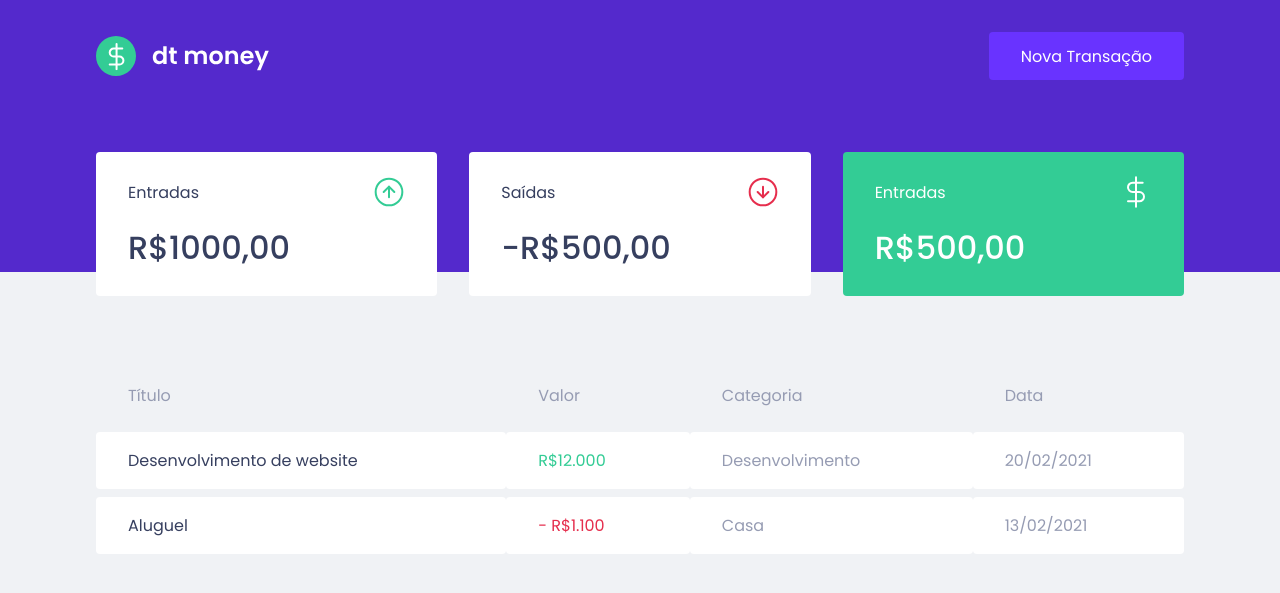
Repository: FreitasGabriel/dtmoney
Page: /
These files come from the project's save history. The page is drawn as it stood at one moment and after the next save; the edit follows.
The browser window is 1280 px wide. The pictures show the whole page.
The page's requests for data from a server got no answer. The project was rebuilt for these pictures with package versions that can differ from the ones it lists, and the page was loaded fresh each time. No one was signed in, and anything a server would have sent is missing.

Above is the page before, as saved 2021-03-17 20:28:31.

### public/index.html
<!DOCTYPE html>
<html lang="en">

<head>
    <link rel="preconnect" href="https://fonts.gstatic.com">
    <meta charset="UTF-8">
    <meta name="viewport" content="width=device-width, initial-scale=1.0">
    <link rel="shortcut icon" href="favicon.png" type="image/png">
    <link href="https://fonts.googleapis.com/css2?family=Poppins:wght@400;500;600&display=swap" rel="stylesheet">
    <title>DT Money</title>
</head>

<body>
    <div id="root"></div>
</body>

</html>

### src/index.tsx
import React from 'react';
import ReactDOM from 'react-dom';
import { createServer, Model } from 'miragejs'
import App from './App';

createServer({

  models: {
    transaction: Model,
  },

  seeds(server) {
    server.db.loadData({
      transactions: [{
        id: 1,
        title: 'Freelance de website',
        type: 'deposit',
        category: 'dev',
        amount: 6000,
        createdAt: new Date('2021-02-12 09:00:00')
      }, {
        id: 2,
        title: 'Aluguel',
        type: 'withdraw',
        category: 'casa',
        amount: 1000,
        createdAt: new Date('2021-02-14 09:00:00')
      }],
    })
  },

  routes() {
    this.namespace = 'api'

    this.get('/transactions', () => {
      return this.schema.all('transaction')
    })

    this.post('/transactions', (schema, request) => {
      const data = JSON.parse(request.requestBody)

      return schema.create('transaction', data)
    })
  }
})

ReactDOM.render(
  <React.StrictMode>
    <App />
  </React.StrictMode>,
  document.getElementById('root')
);

### src/App.tsx
import { useState } from 'react';
import Modal from 'react-modal';
import { Dashboard } from "./components/Dashboard";
import { Header } from "./components/Header";
import { NewTransactionModal } from './components/NewTransactionModal';
import { GlobalStyle } from "./styles/global"

Modal.setAppElement('#root')

export default function App() {

  const [isNewTransactionModalOpen, setIsNewTransactionModalOpen] = useState(false)

  function handleOpenNewTransactionModal() {
    setIsNewTransactionModalOpen(true)
  }

  function handleCloseNewTransactionModal() {
    setIsNewTransactionModalOpen(false)
  }

  return (
    <>
      <Header onOpenNewTransactionModal={handleOpenNewTransactionModal} />
      <Dashboard />
      <NewTransactionModal
        isOpen={isNewTransactionModalOpen}
        onRequestClose={handleCloseNewTransactionModal}
      />
      <GlobalStyle />
    </>
  );
}

### src/components/Dashboard/index.tsx
import { Summary } from '../Summary'
import { TransactionsTable } from '../TransactionsTable'
import { Container } from './styles'

export function Dashboard() {
    return (
        <Container>
            <Summary />
            <TransactionsTable />
        </Container>
    )
}

### src/components/Header/index.tsx
import logoImg from "../../assets/logo.svg"
import { Container, Content } from "./styles"

interface HeaderProps {
    onOpenNewTransactionModal: () => void
}

export function Header({ onOpenNewTransactionModal }: HeaderProps) {


    return (
        <Container>
            <Content>
                <img src={logoImg} alt="dt money" />
                <button type="button" onClick={onOpenNewTransactionModal}>
                    Nova Transação
                </button>


            </Content>
        </Container>
    )
}

### src/components/NewTransactionModal/index.tsx
import { useState, FormEvent } from 'react'
import Modal from 'react-modal'
import closeImg from '../../assets/close.svg';
import incomeImg from '../../assets/income.svg';
import outcomeImg from '../../assets/outcome.svg';
import { api } from '../../services/api';
import { Container, TransactionTypeContainer, RadioBox } from "./styles";

interface NewTransactionModalProps {
    isOpen: boolean;
    onRequestClose: () => void;
}

export function NewTransactionModal({ isOpen, onRequestClose }: NewTransactionModalProps) {

    const [title, setTitle] = useState('');
    const [value, setValue] = useState(0);
    const [category, setCategory] = useState('');
    const [type, setType] = useState('deposit')

    function handleCreateNewTransaction(e: FormEvent) {
        e.preventDefault()

        const data = {
            title, value, category, type
        }

        api.post('/transactions', data)
    }

    return (
        <Modal
            isOpen={isOpen}
            onRequestClose={onRequestClose}
            overlayClassName="react-modal-overlay"
            className="react-modal-content"
        >
            <button
                className="react-modal-close"
                type="button"
                onClick={onRequestClose}
            >
                <img src={closeImg} alt="Fechar modal" />
            </button>

            <Container onSubmit={handleCreateNewTransaction}>
                <h2>Cadastrar Transação</h2>

                <input
                    placeholder="Título"
                    value={title}
                    onChange={e => setTitle(e.target.value)}
                />
                <input
                    type="number"
                    placeholder="Valor"
                    value={value}
                    onChange={e => setValue(Number(e.target.value))}
                />

                <TransactionTypeContainer>
                    <RadioBox
                        type="button"
                        onClick={() => setType('deposit')}
                        isActive={type === 'deposit'}
                        activeColor="green"
                    >
                        <img src={incomeImg} alt="Entrada" />
                        <span>Entrada</span>
                    </RadioBox>

                    <RadioBox
                        type="button"
                        onClick={() => setType('withdraw')}
                        isActive={type === 'withdraw'}
                        activeColor="red"
                    >
                        <img src={outcomeImg} alt="Saída" />
                        <span>Saída</span>
                    </RadioBox>
                </TransactionTypeContainer>

                <input
                    placeholder="Categoria"
                    value={category}
                    onChange={e => setCategory(e.target.value)}
                />
                <button type="submit">
                    Cadastrar
                </button>
            </Container>
        </Modal>
    )
}

### src/styles/global.ts
import { createGlobalStyle } from 'styled-components'

export const GlobalStyle = createGlobalStyle`

    :root {
        --background: #F0F2F5;
        --shape: #FFFFFF;

        --red: #E52E4D;
        --green: #33CC95;
        --blue: #5429CC;

        --blue-light: #6933FF;
        --text-title: #363F5F;
        --text-body: #969CB3;

    }

    * {
        margin: 0;
        padding: 0;
        box-sizing: border-box;
    }

    //font-size: 16px - padrão(Desktop)
    html {
        @media(max-width: 1080px){
            font-size: 93.75%; // Vai fazer com que o font-size tenha 15px
        }

        @media(max-width: 720px){
            font-size: 87.5%; // Vai fazer com que o font-size tenha 14px
        }
    }

    // REM = 1rem = font-size padrão da página.

    body {
        background: var(--background);
        -webkit-font-smoothing: antialiased;
    }

    body, input, textarea, button {
        font-family: 'Poppins', sans-serif;
        font-weight: 400;
    }

    h1, h2, h3, h4, h5, h6, strong{
        font-weight: 600;
    }

    button {
        cursor: pointer;
    }

    [disabled] {
        opacity: 0.6;
        cursor: not-allowed;
    }

    .react-modal-overlay{
        background: rgba(0, 0, 0, 0.5);

        position: fixed;
        top: 0;
        bottom: 0;
        left: 0;
        right: 0;

        display: flex;
        align-items: center;
        justify-content: center;
    }
    .react-modal-content{
        width: 100%;
        max-width: 576px;
        background: var(--background);
        padding: 3rem;
        position: relative;
        border-radius: 0.25rem;

    }

    .react-modal-close{
        position: absolute;
        right: 1.5rem;
        top: 1.5rem;
        border: 0;
        background: transparent;

        transition: 0.2s;

        &:hover{
            filter: brightness(0.8);
        }
    }
;

`

### src/components/Summary/index.tsx
import incomeImg from '../../assets/income.svg'
import outcomeImg from '../../assets/outcome.svg'
import totalImg from '../../assets/total.svg'

import { Container } from './styles'

export function Summary() {
    return (
        <Container>
            <div>
                <header>
                    <p>Entradas</p>
                    <img src={incomeImg} alt="Entradas" />
                </header>
                <strong>R$1000,00</strong>
            </div>
            <div>
                <header>
                    <p>Saídas</p>
                    <img src={outcomeImg} alt="Saídas" />
                </header>
                <strong>-R$500,00</strong>
            </div>
            <div className="highlight-background">
                <header>
                    <p>Entradas</p>
                    <img src={totalImg} alt="Total" />
                </header>
                <strong>R$500,00</strong>
            </div>
        </Container>
    )
}

### src/components/TransactionsTable/index.tsx
import { useEffect, useState } from "react";
import { api } from "../../services/api";
import { Container } from "./styles";

export function TransactionsTable() {

    const [transactions, setTransactions] = useState([])

    useEffect(() => {
        api.get('/transactions')
            .then(response => setTransactions(response.data))
    }, [])

    return (
        <Container>
            <table>
                <thead>
                    <tr>
                        <th>Título</th>
                        <th>Valor</th>
                        <th>Categoria</th>
                        <th>Data</th>
                    </tr>
                </thead>
                <tbody>
                    <tr>
                        <td>Desenvolvimento de website</td>
                        <td className="deposit">R$12.000</td>
                        <td>Desenvolvimento</td>
                        <td>20/02/2021</td>
                    </tr>
                    <tr>
                        <td>Aluguel</td>
                        <td className="withdraw">- R$1.100</td>
                        <td>Casa</td>
                        <td>13/02/2021</td>
                    </tr>

                </tbody>
            </table>
        </Container>
    )
}

### src/components/Dashboard/styles.ts
import styled from 'styled-components'

export const Container = styled.main`
    max-width: 1120px;
    margin: 0 auto;
    padding: 2.5rem 1rem;
`

### src/components/Header/styles.ts
import styled from 'styled-components'

export const Container = styled.header`
    background: var(--blue);
`

export const Content = styled.div`
    max-width: 1120px;
    margin: 0 auto;

    padding: 2rem 1rem 12rem;
    display: flex;
    align-items: center;
    justify-content: space-between;

    button{
        font-size: 1rem;
        color: var(--shape);
        background: var(--blue-light);
        border: 0;
        padding: 0 2rem;
        border-radius: 0.25rem;
        height: 3rem;

        transition: filter 0.2s;

        &:hover{
            filter: brightness(0.9);
        }
    }


`

### src/components/NewTransactionModal/styles.ts
import styled from 'styled-components'
import { darken, transparentize } from 'polished'

export const Container = styled.form`

    border: none;

    h2 {
        color: var(--text-title);
        font-size: 1.5rem;
        margin-bottom: 2rem;
    }

    input {
        width: 100%;
        padding: 0 1.5rem;
        height: 4rem;
        border-radius: 0.25rem;

        border: 1px solid #D7D7D7;
        background: #E7E9EE;

        font-weight: 400;
        font-size: 1rem;

        &::placeholder {
            color: var(--text-body);
        }

        & + input { //TODO IMPUT QUE TIVER UM INPUT EM CIMA, VAI TER AS PROPS ABAIXO
            margin-top: 1rem;
        }
    }

    button[type="submit"] {
        width: 100%;
        padding: 0 1.5rem;
        height: 4rem;
        background: var(--green);
        color: #FFFFFF;
        border-radius: 0.25rem;
        border: 0;
        font-size: 1rem;
        margin-top: 1.5rem;
        font-weight: 600;

        transition: 0.2s;
        &:hover{
            filter: brightness(0.9);
        }
    }
`

export const TransactionTypeContainer = styled.div`
    margin: 1rem 0;
    display: grid;
    grid-template-columns: 1fr 1fr;
    gap: 0.5rem;


`

const colors = {
    green: '#33CC95',
    red: '#E52E4D'
}

interface RadioBoxProps {
    isActive: boolean;
    activeColor: 'green' | 'red';
}

export const RadioBox = styled.button<RadioBoxProps>`

    height: 4rem;
    border: 1px solid #D7D7D7;
    border-radius: 0.25rem;

    background: ${props => props.isActive
        ? transparentize(0.9, colors[props.activeColor])
        : 'transparent'};

    display: flex;
    align-items: center;
    justify-content: center;

    transition: border-color 0.2s;

    &:hover {
        border-color: ${darken(0.1, '#D7D7D7')};
    }

    img {
        width: 20px;
        height: 20px;
    }

    span{
        display: inline-block;
        margin-left: 1rem;
        font-size: 1rem;
        color: var(--text-title);
    }

`

### src/components/Summary/styles.ts
import styled from 'styled-components'

export const Container = styled.div`
    display: grid;
    grid-template-columns: repeat(3, 1fr);
    gap: 2rem;
    margin-top: -10rem;

    div {
        background: var(--shape);
        padding: 1.5rem 2rem;
        border-radius: 0.25rem;
        color: var(--text-title);

        header {
            display: flex;
            align-items: center;
            justify-content: space-between;
        }

        strong {
            display: block;
            margin-top: 1rem;
            font-size: 2rem;
            font-weight: 500;
            line-height: 3rem;
        }

        &.highlight-background{
            background: var(--green);
            color: var(--shape);
        }
    }
`

### src/components/TransactionsTable/styles.ts
import styled from 'styled-components'

export const Container = styled.div`

    margin-top: 4rem;

    table {
        width: 100%;
        border-spacing: 0 0.5rem;

        th {
            color: var(--text-body);
            font-weight: 400;
            padding: 1rem 2rem;
            text-align: left;
            line-height: 1.5rem;
        }

        td {
            padding: 1rem 2rem;
            border: 0;
            background: var(--shape);
            color: var(--text-body);
            border-radius: 0.25rem;

            &:first-child{
                color: var(--text-title)
            }

            &.deposit{
                color: var(--green)
            }

            &.withdraw{
                color: var(--red)
            }
        }
    }
`

Loaded but not shown: src/services/api.ts (common file)

After the next save:
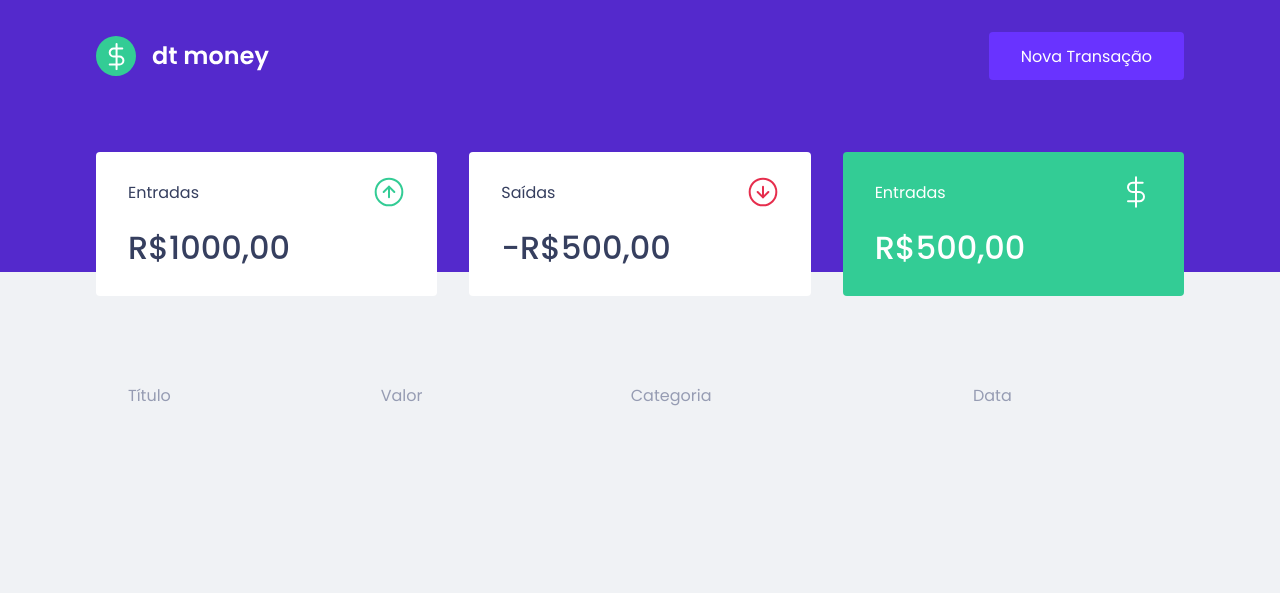
Saved 47 s later.
--- a/src/components/TransactionsTable/index.tsx
+++ b/src/components/TransactionsTable/index.tsx
@@ -23,19 +23,16 @@ export function TransactionsTable() {
                     </tr>
                 </thead>
                 <tbody>
-                    <tr>
-                        <td>Desenvolvimento de website</td>
-                        <td className="deposit">R$12.000</td>
-                        <td>Desenvolvimento</td>
-                        <td>20/02/2021</td>
-                    </tr>
-                    <tr>
-                        <td>Aluguel</td>
-                        <td className="withdraw">- R$1.100</td>
-                        <td>Casa</td>
-                        <td>13/02/2021</td>
-                    </tr>
-
+                    {transactions.map(transactions => {
+                        return (
+                            <tr>
+                                <td>Desenvolvimento de website</td>
+                                <td className="deposit">R$12.000</td>
+                                <td>Desenvolvimento</td>
+                                <td>20/02/2021</td>
+                            </tr>
+                        )
+                    })}
                 </tbody>
             </table>
         </Container>
